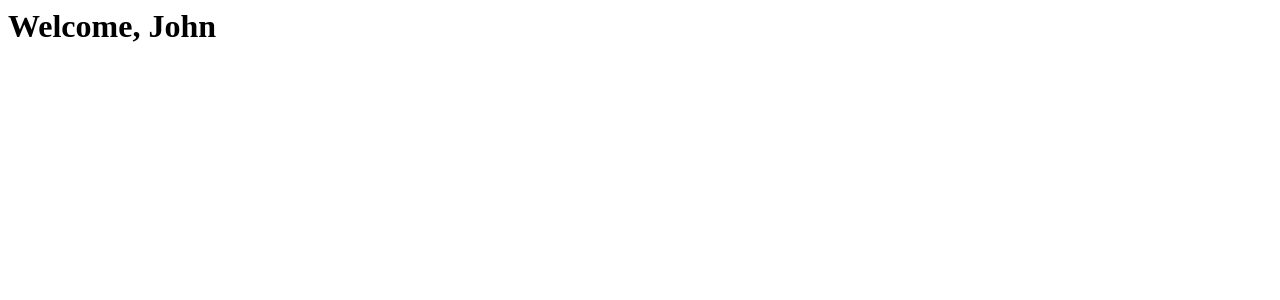
Repository: collyrium921/myproject
Page: http://localhost/
These files come from the project's save history. The page is drawn as it stood at one moment and after the next save; the edit follows.
The browser window is 1280 px wide. The pictures show the whole page.
The page is served by the project's application, run on Django 4.2 (manage.py).

Above is the page before, as saved 2022-12-01 15:26:41.

After the next save:
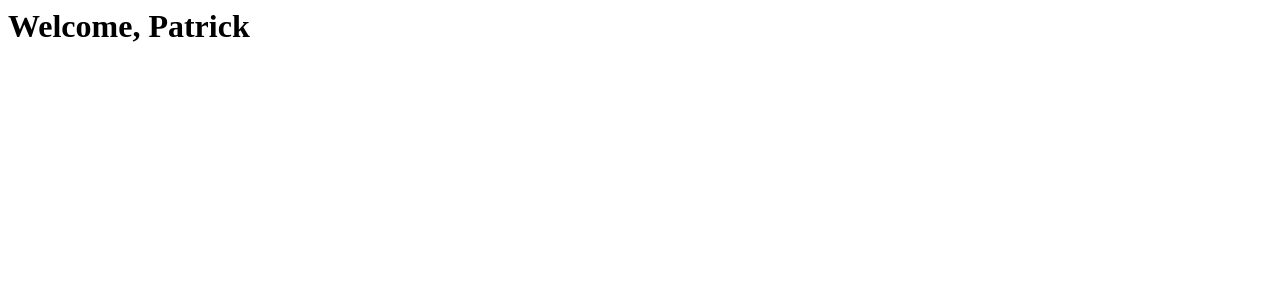
Saved 19 s later.
--- a/myapp/views.py
+++ b/myapp/views.py
@@ -4,5 +4,5 @@ from django.http import HttpResponse
 def index(request):
     # return HttpResponse('<h1>Hey, Welcome</h1>')
     # for rendering HTML files
-    name = 'John'
+    name = 'Patrick'
     return render(request, 'index.html', {'name':name})
